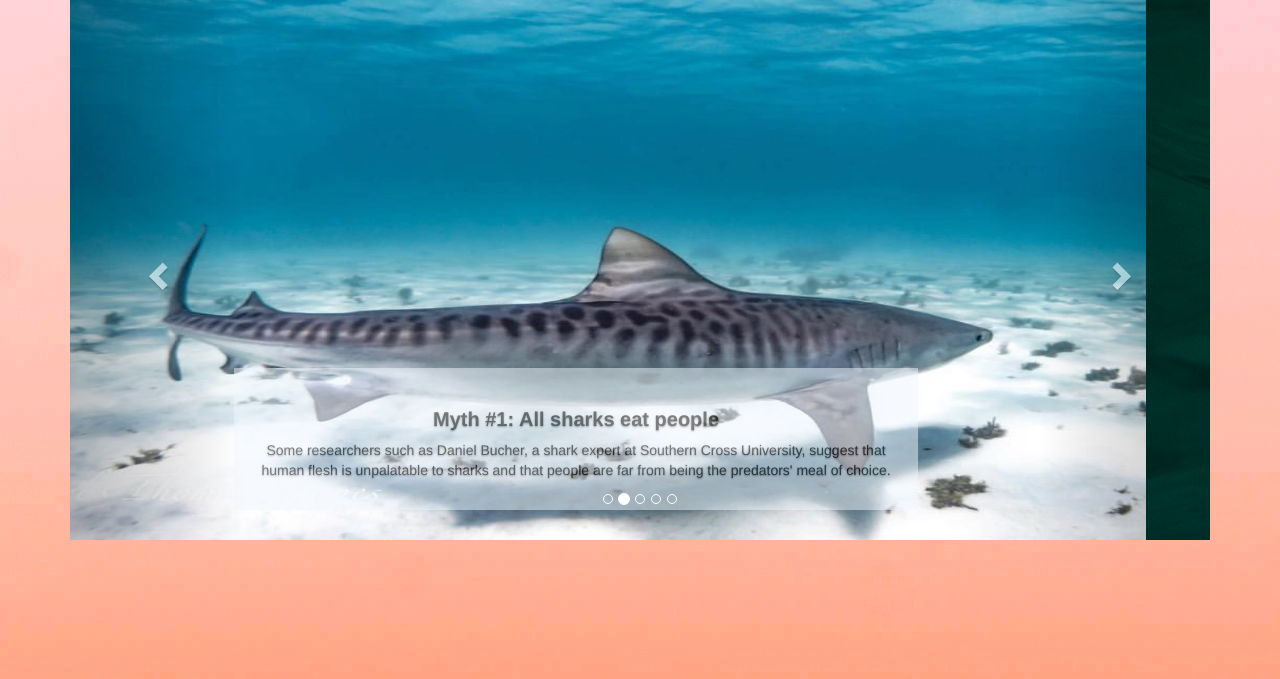
Repository: lacey-crenshaw/carousel
Page: index.html
An editor plug-in stored every save of this project. The page is shown before and after the next save, followed by the edit.
The browser window is 1280 px wide. The pictures show the whole page.

Above is the page before, as saved 2020-02-16 18:03:33.

After the next save:
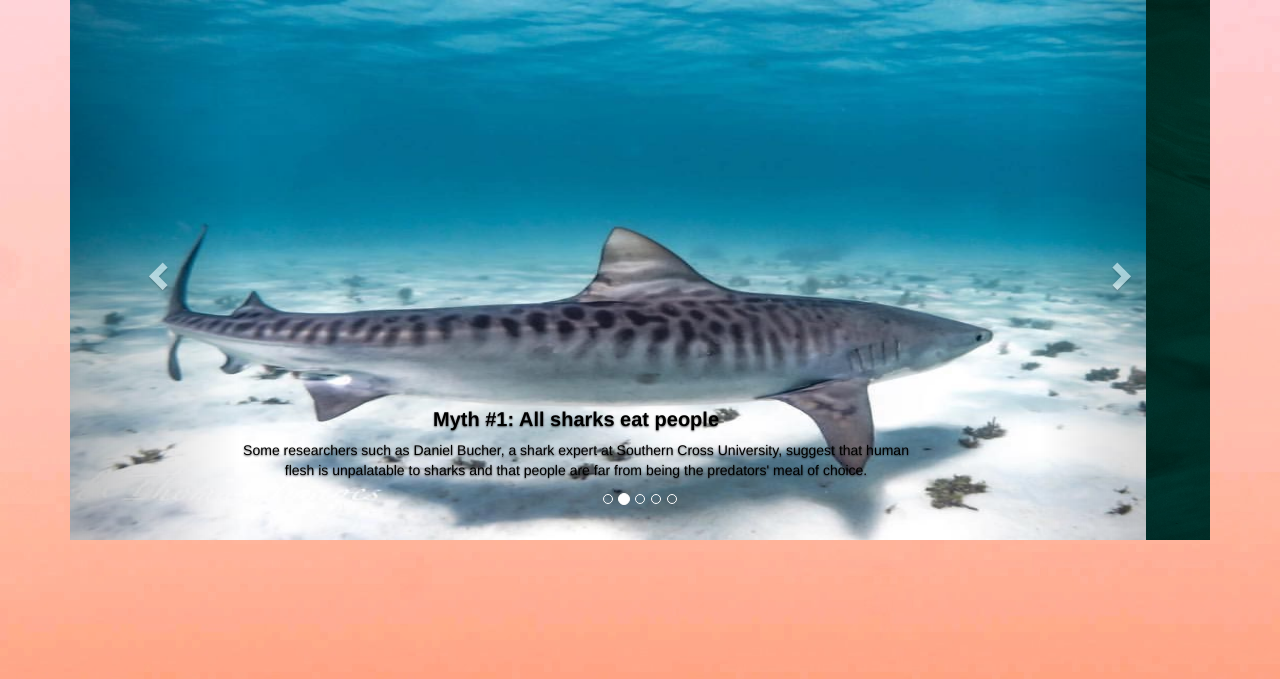
Saved 58 s later.
--- a/images/styles/styles.css
+++ b/images/styles/styles.css
@@ -20,7 +20,7 @@
     height: 75vh;
 }
 
-.carousel-caption {
+.carousel-opacity {
     background-color: aliceblue;
     padding: 20px;
     margin-bottom: 10px;

After the 2 saves that followed:
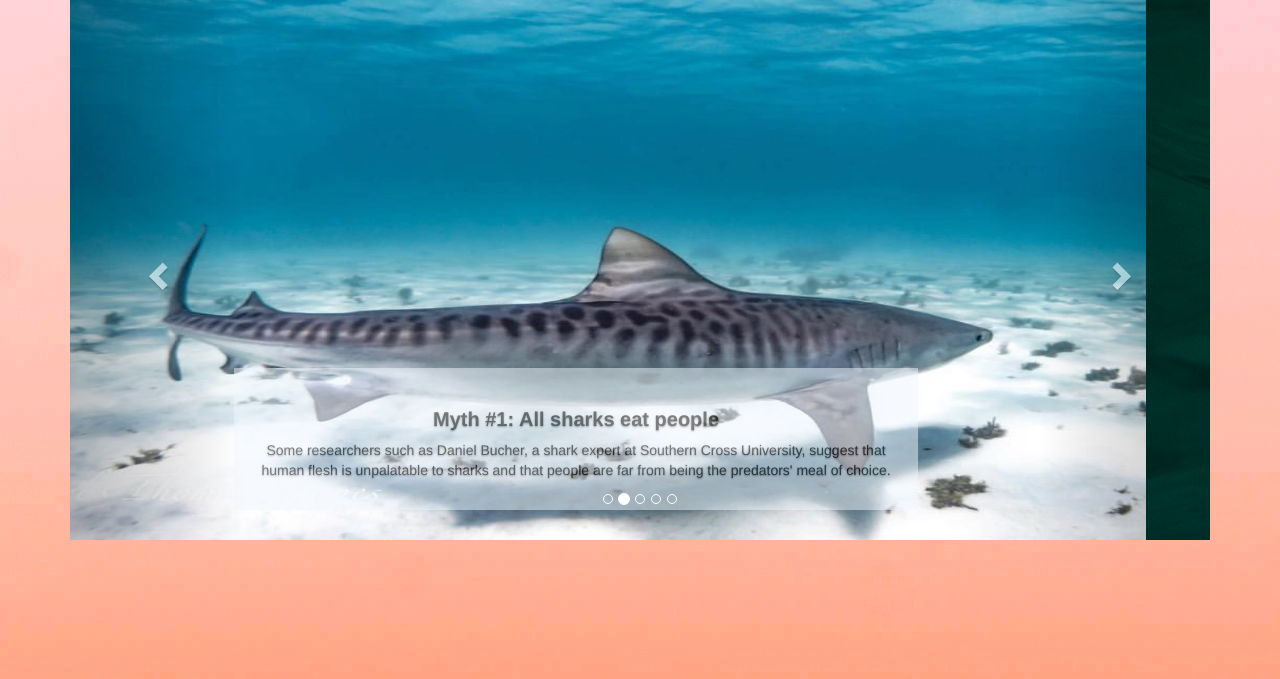
The 2 saves are shown as one change because 1 left the picture as it was.
The last was saved 43 s later.
--- a/index.html
+++ b/index.html
@@ -33,6 +33,7 @@
                         <div class="item active">
                             <img src="images/tigerShark.jpg" alt="Black Shark">
                             <div class="carousel-caption">
+
                                 <h2>Myth #1: All sharks eat people</h2>
                                 <p>Some researchers such as Daniel Bucher, a shark expert at Southern Cross University,
                                     suggest that human flesh is unpalatable to sharks and that people are far from being
--- a/images/styles/styles.css
+++ b/images/styles/styles.css
@@ -20,7 +20,7 @@
     height: 75vh;
 }
 
-.carousel-opacity {
+.carousel-caption{
     background-color: aliceblue;
     padding: 20px;
     margin-bottom: 10px;
